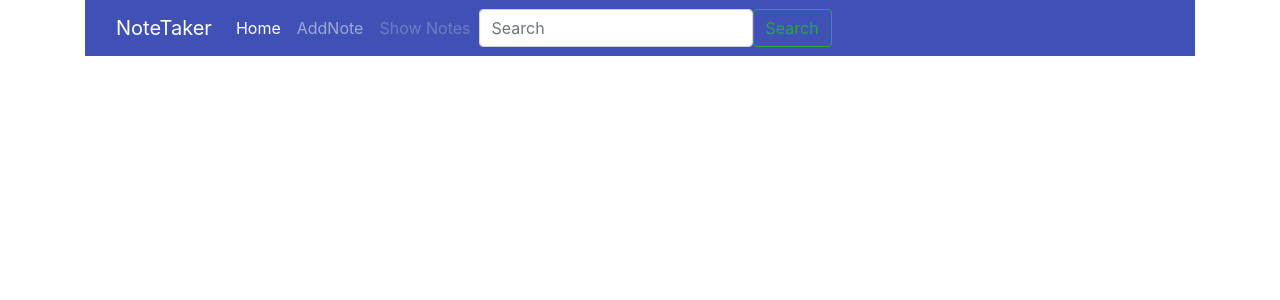
Repository: Mayank-SDE/Projects
Page: http://localhost/NoteTakerTodoApp/
These files come from the project's save history. The page is drawn as it stood at one moment and after the next save; the edit follows.
The browser window is 1280 px wide. The pictures show the whole page.
Some web libraries are served in a nearby version. The page is served by Tomcat 9.

Above is the page before, as saved 2022-02-10 15:23:47.

After the next save:
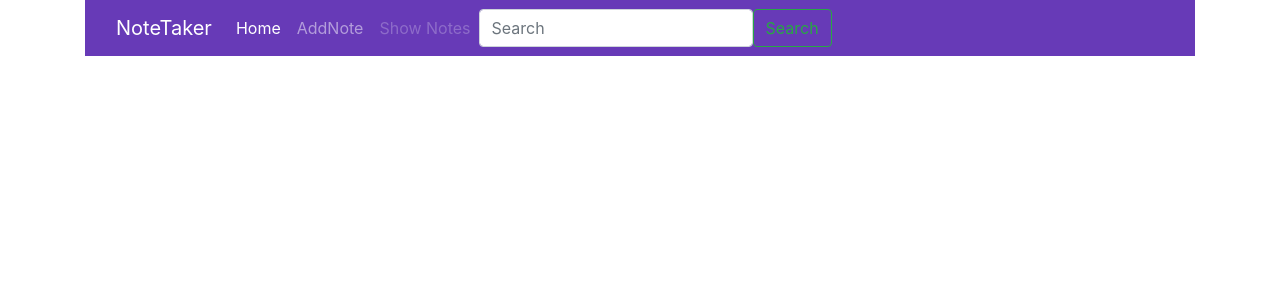
Saved 30 s later.
--- a/NoteTaker/NoteTakerTodoApp/src/main/webapp/css/style.css
+++ b/NoteTaker/NoteTakerTodoApp/src/main/webapp/css/style.css
@@ -1,5 +1,5 @@
 
 .purple
 {
-	background:#3f51b5;
+	background:#673ab7;
 }
